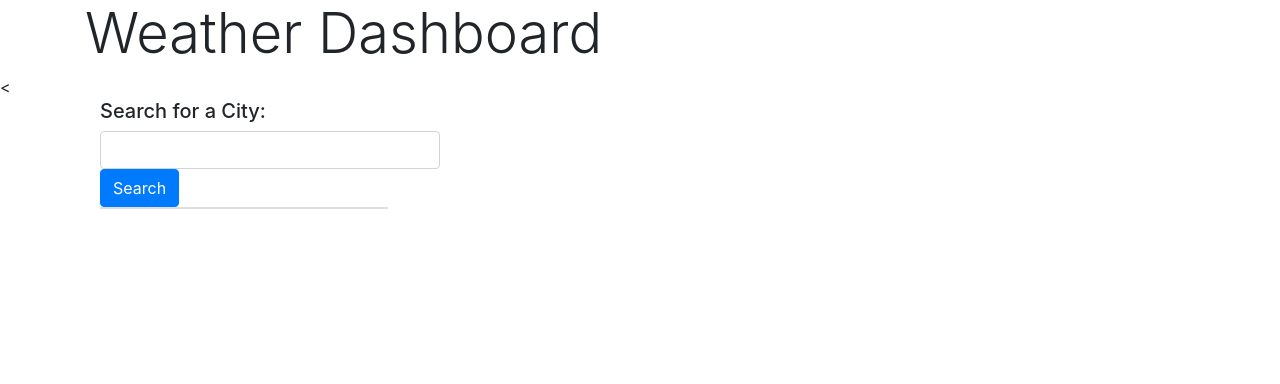
Repository: LaBrewT2/weather-dashboard
Page: index.html
The author's editor kept a copy of each file at every save. The page is drawn from the files as they stood at one save, then again after a run of saves.
The browser window is 1280 px wide. The pictures show the whole page.
Some web libraries are served in a nearby version.

Above is the page before, as saved 2021-01-03 19:11:18.

### index.html
<!DOCTYPE html>
<html lang="en">

<head>
  <meta charset="UTF-8">
  <meta name="viewport" content="width=device-width, initial-scale=1.0">
  <title>Weather Dashboard</title>

<!-- JQuery library -->
<script src="https://cdnjs.cloudflare.com/ajax/libs/jquery/3.2.1/jquery.min.js"></script>
<script src="https://cdnjs.cloudflare.com/ajax/libs/moment.js/2.24.0/moment.min.js"></script>
<!-- Bootstrap CSS-->
<link rel="stylesheet" href="https://maxcdn.bootstrapcdn.com/bootstrap/4.0.0/css/bootstrap.min.css">
</head>

<body>
<!--Page Header -->
<div class="jumbotron-fluid">
  <div class="container">
    <h1 class="display-4">Weather Dashboard </h1>
  </div>
</div>

<!-- Page main container with rows -->
<section>
  <
<div id ="maincontainer" class="container">
  <div class="col-4" id = "searchBlock">

    <form id="search">
    <h5>Search for a City:</h5>
    <span id="error"></span>
    <input type="text" class="form-control" id="city" aria-describedby="basic-addon3">
    <input class="btn btn-primary" id="search" type="submit" value="Search">

    <div id="list-group" class="card" style="width: 18rem;"></div>

    </form>

  </div>


</body>
<script src= /script.js></script>
</html>

### script.js
$(document).ready(function(){

    $('#search').click(function(){

      var city = $("#city").val();

      if(city != ''){

        $.ajax({
              //API Call
              url: 'https://api.openweathermap.org/data/2.5/weather?q=' + city + "&units=imperial" + "&APPID=667a7ad2f064b0cc35a232f16bab9c8d",
              type: "GET",
              dataType: "jsonp",
              success: function(data){
                console.log(data);

                var widget  = show(data);

                $("#show").html(widget);
                $("#city").val('');
              }

        })

      }else{
        $("#error").html('Field cannot be empty')
      }

    });
});
//API Data
function show(data){
  return "<h3><strong>Weather</strong>: "+ data.weather[0].main + "</h3>" +
  "<h3><strong>Weather</strong>: "+ data.weather[0].description + "</h3>" +
  "<h3><strong>Temperature</strong>: "+ data.main.temp + "</h3>" +
  "<h3><strong>Pressure</strong>: "+ data.main.pressure + "</h3>" +
  "<h3><strong>Humidity</strong>: "+ data.main.humidity + "</h3>" +
  "<h3><strong>Min. Temperature</strong>: "+ data.main.temp_min + "</h3>" +
  "<h3><strong>Max. Temperature</strong>: "+ data.main.temp_max + "</h3>" +
  "<h3><strong>Wind Speed</strong>: "+ data.wind.speed + "</h3>" +
  "<h3><strong>Wind Direction</strong>: "+ data.wind.direction + "</h3>"  ;

}

After the next 8 saves:
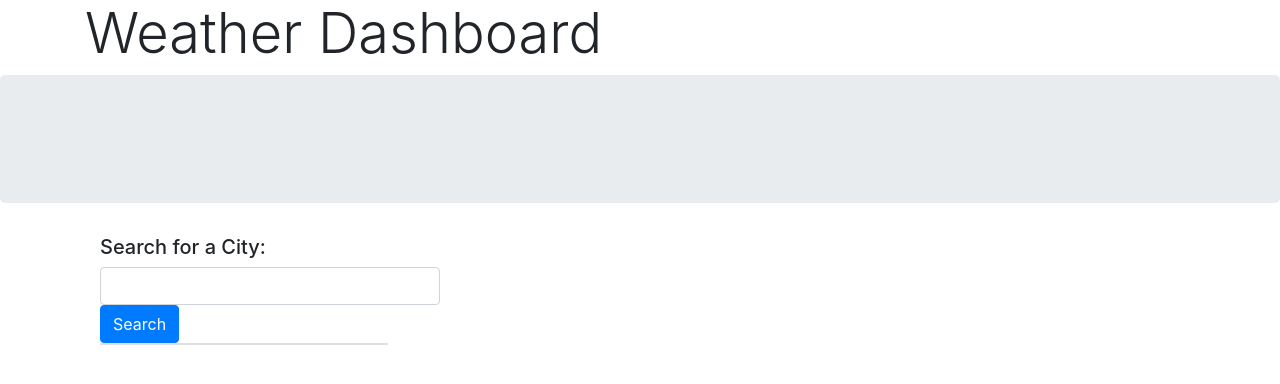
The 8 saves are shown as one change because they came seconds apart.
The last was saved 22 s later.
--- a/index.html
+++ b/index.html
@@ -23,7 +23,7 @@
 
 <!-- Page main container with rows -->
 <section>
-  <
+  <div class="jumbotron"></div>
 <div id ="maincontainer" class="container">
   <div class="col-4" id = "searchBlock">
 
